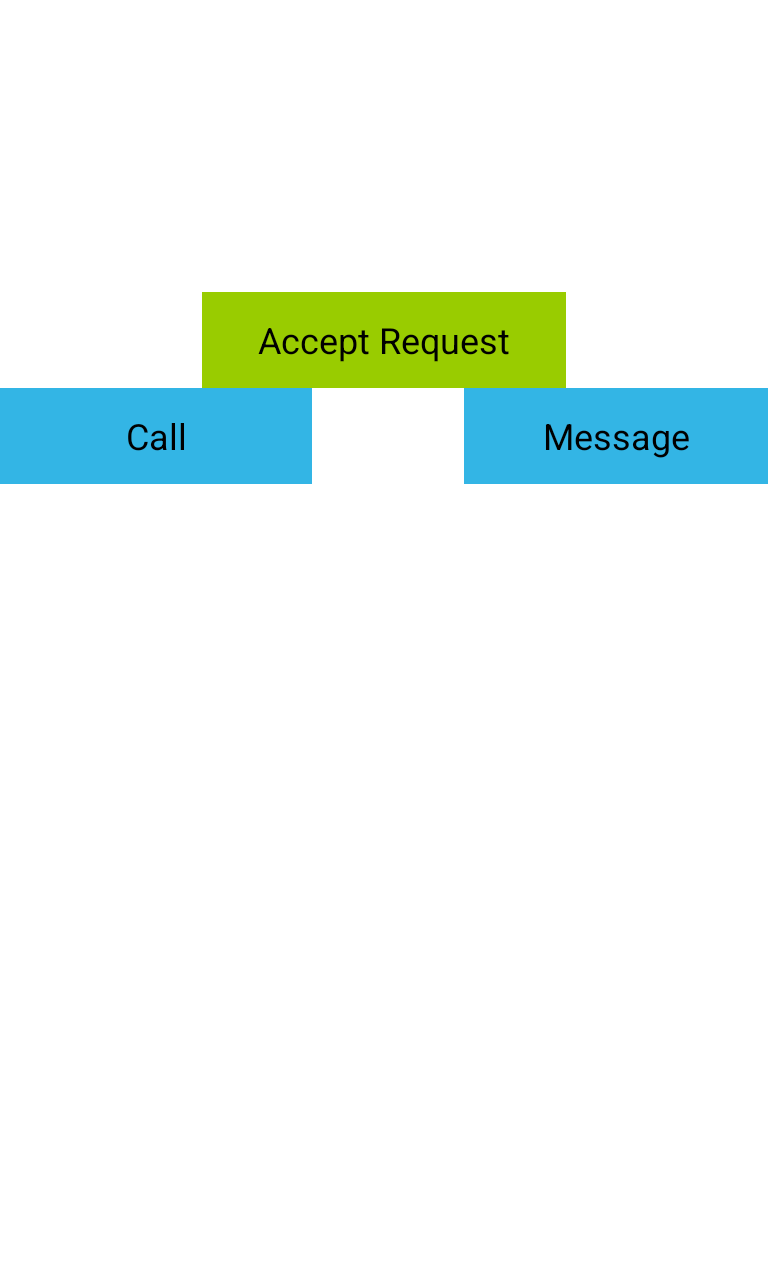
Repository: srivast6/SafeWalk
Layout: android/SafeWalk/res/layout/pop_up.xml
These files come from the project's save history. The layout is drawn as it stood at one moment and after the next save; the edit follows.
It is drawn on a 768 x 1280 px phone screen (xhdpi) without system bars, with theme android:Theme.Holo.Light; the app's code is not run.

Above is the layout before, as saved 2013-11-20 15:52:11.

After the next save:
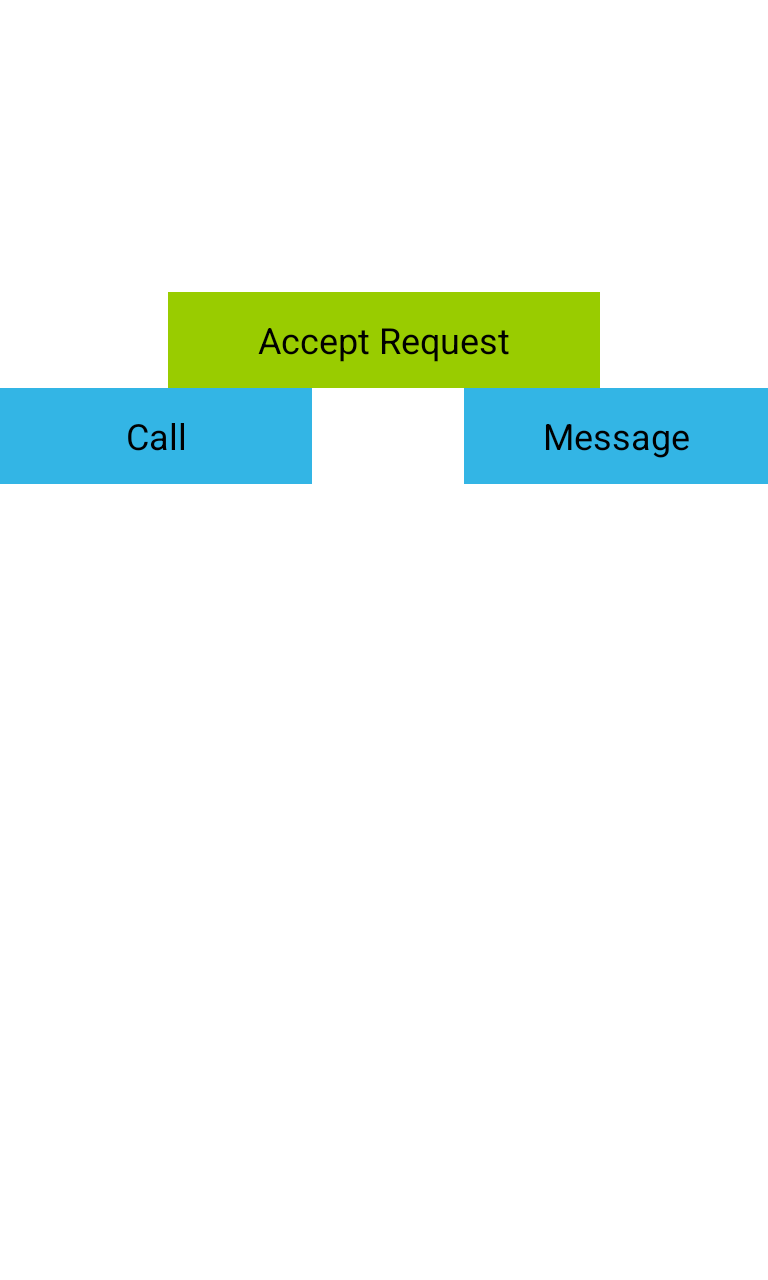
Saved 10 s later.
--- a/android/SafeWalk/res/layout/pop_up.xml
+++ b/android/SafeWalk/res/layout/pop_up.xml
@@ -14,8 +14,8 @@
 
         <Button
             android:id="@+id/AcceptButton"
-            android:layout_width="182dp"
-            android:layout_height="match_parent"
+            android:layout_width="216dp"
+            android:layout_height="wrap_content"
             android:layout_marginTop="56dp"
             android:background="@android:color/holo_green_light"
             android:text="Accept Request" />
